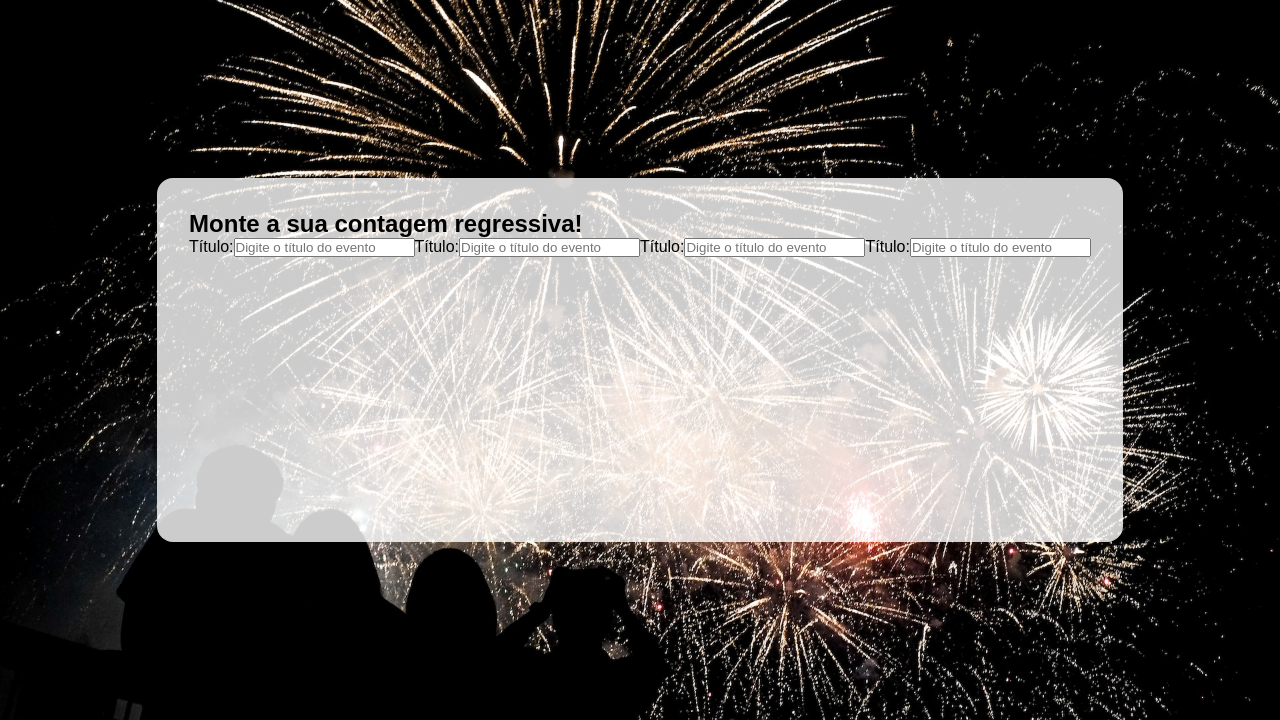
Repository: Bitroia/countdown_timer
Page: / (app in countdown/)
An editor plug-in stored every save of this project. The page is shown before and after the next save, followed by the edit.
The browser window is 1280 px wide. The pictures show the whole page.
The project was rebuilt for these pictures with package versions that can differ from the ones it lists, and the page was loaded fresh each time. Also part of the build but not shown: countdown/vite.config.js, countdown/src/components/Title.css, countdown/src/components/Title.jsx, countdown/src/components/Counter.css, countdown/src/components/Counter.jsx, countdown/src/routes/Countdown.jsx.

Above is the page before, as saved 2026-07-07 20:06:06.

### countdown/index.html
<!doctype html>
<html lang="en">
  <head>
    <meta charset="UTF-8" />
    <link rel="icon" type="image/svg+xml" href="/favicon.svg" />
    <meta name="viewport" content="width=device-width, initial-scale=1.0" />
    <title>countdown</title>
  </head>
  <body>
    <div id="root"></div>
    <script type="module" src="/src/main.jsx"></script>
  </body>
</html>

### countdown/src/main.jsx
import { StrictMode } from "react";
import { createRoot } from "react-dom/client";
import "./index.css";
import App from "./App.jsx";

import { createBrowserRouter, RouterProvider } from "react-router-dom";

//!Pages

import Home from "./routes/Home.jsx";
import Countdown from "./routes/Countdown.jsx";

const router = createBrowserRouter([
  {
    path: "/",
    element: <App />,
    children: [
      {
        path: "/",
        element: <Home />,
      },
      {
        path: "/countdown",
        element: <Countdown />,
      },
    ],
  },
]);

createRoot(document.getElementById("root")).render(
  <StrictMode>
    <RouterProvider router={router} />
  </StrictMode>,
);

### countdown/src/index.css
* {
  margin: 0;
  padding: 0;
  font-family: Arial, Helvetica, sans-serif;

}

body {
  min-height: 100vh;
}

### countdown/src/App.jsx
import "./App.css";
import NewYear from "./assets/newyear.jpg";
import useCountdown from "./hooks/useCountdown";
import { Outlet } from "react-router-dom";

function App() {

  return (
    <div className="app" style={{ backgroundImage: `url(${NewYear})` }}>
      <div className="container">
        <Outlet/>
        </div>

      </div>
  );
}

export default App;

### countdown/src/routes/Home.jsx
import React from "react";

const Home = () => {
  return (
    <div className="Home">
      <h2>Monte a sua contagem regressiva!</h2>
      <form className="countdown-form">
        <label>
          <span>Título:</span>
          <input
            type="text"
            name="title"
            placeholder="Digite o título do evento"
          />
        </label>

        <label>
          <span>Título:</span>
          <input
            type="text"
            name="title"
            placeholder="Digite o título do evento"
          />
        </label>

        <label>
          <span>Título:</span>
          <input
            type="text"
            name="title"
            placeholder="Digite o título do evento"
          />
        </label>

        <label>
          <span>Título:</span>
          <input
            type="text"
            name="title"
            placeholder="Digite o título do evento"
          />
        </label>
      </form>
    </div>
  );
};

export default Home;

### countdown/src/App.css
.app {
  min-height: 100vh;
  background-size: cover;
  background-position: center;
  display: flex;
  justify-content: center;
  align-items: center;
}

.container {
  min-width: 50%;
  min-height: 300px;
  background-color: rgba(255, 255, 255, 0.8);
  padding: 2rem;
  border-radius: 1rem;
}

.countdown-container {
  display: flex;
  justify-content: center;
  align-items: center;
  height: 200px;
  gap: 2rem;
}

### countdown/src/hooks/useCountdown.jsx
import { useState } from "react";

const useCountdown = (date) => {
  const [day, setDay] = useState();
  const [hour, setHour] = useState();
  const [minute, setMinute] = useState();
  const [second, setSecond] = useState();

  const countdown = () => {

    const countDate = new Date(date).getTime();
    const now = new Date().getTime();
    const interval = countDate - now;

    const second = 1000;
    const minute = second * 60;
    const hour = minute * 60;
    const day = hour * 24;

    const dayNumber = Math.floor(interval / day);
    const hourNumber = Math.floor((interval % day) / hour);
    const minuteNumber = Math.floor((interval % hour) / minute);
    const secondNumber = Math.floor((interval % minute) / second);

    setDay(dayNumber);
    setHour(hourNumber);
    setMinute(minuteNumber);
    setSecond(secondNumber);
  };

  setInterval(countdown, 1000);
  return [day,hour,minute,second];
};

export default useCountdown;

After the next save:
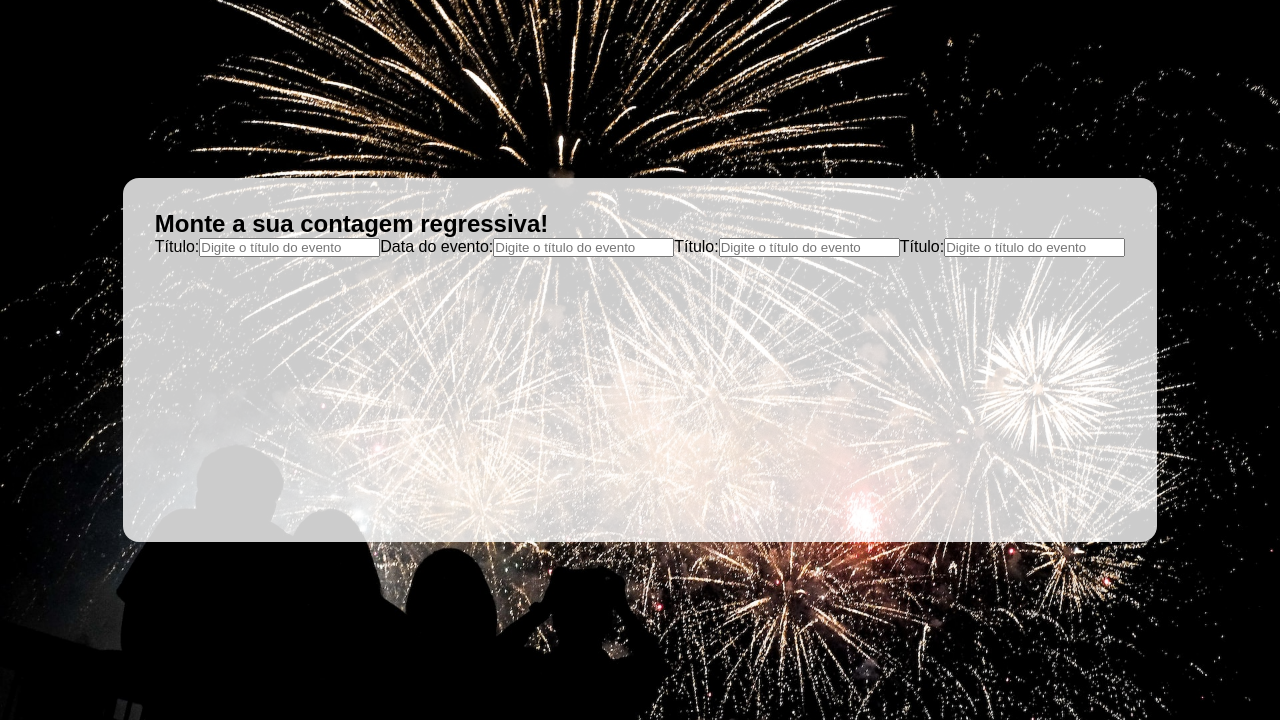
Saved 19 s later.
--- a/countdown/src/routes/Home.jsx
+++ b/countdown/src/routes/Home.jsx
@@ -15,7 +15,7 @@ const Home = () => {
         </label>
 
         <label>
-          <span>Título:</span>
+          <span>Data do evento:</span>
           <input
             type="text"
             name="title"
